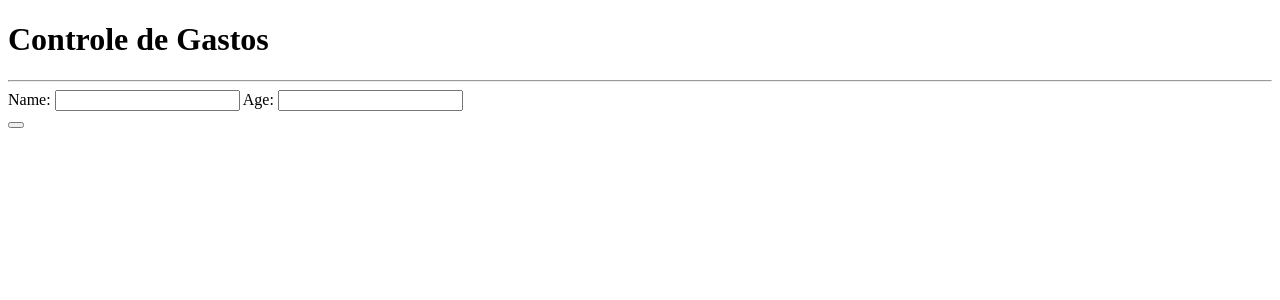
Repository: MarcioFreitasUFSC21/FrontEnd-part-1
Page: index.html
An editor plug-in stored every save of this project. The page is shown before and after the next save, followed by the edit.
The browser window is 1280 px wide. The pictures show the whole page.

Above is the page before, as saved 2023-04-22 19:03:01.

After the next save:
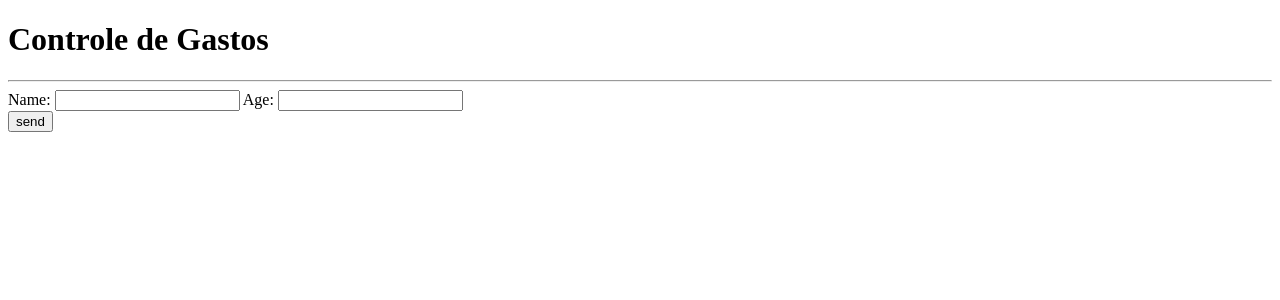
Saved 10 s later.
--- a/index.html
+++ b/index.html
@@ -11,7 +11,7 @@
     <hr>
     <label type = "Name"> Name: </label> <input type = "text" ></input>
     <label type = "Name"> Age: </label> <input type = "number" ></input><br>
-    <button type = "submit"></button>
+    <button type = "submit"> send</button>
 
 
 </body>
